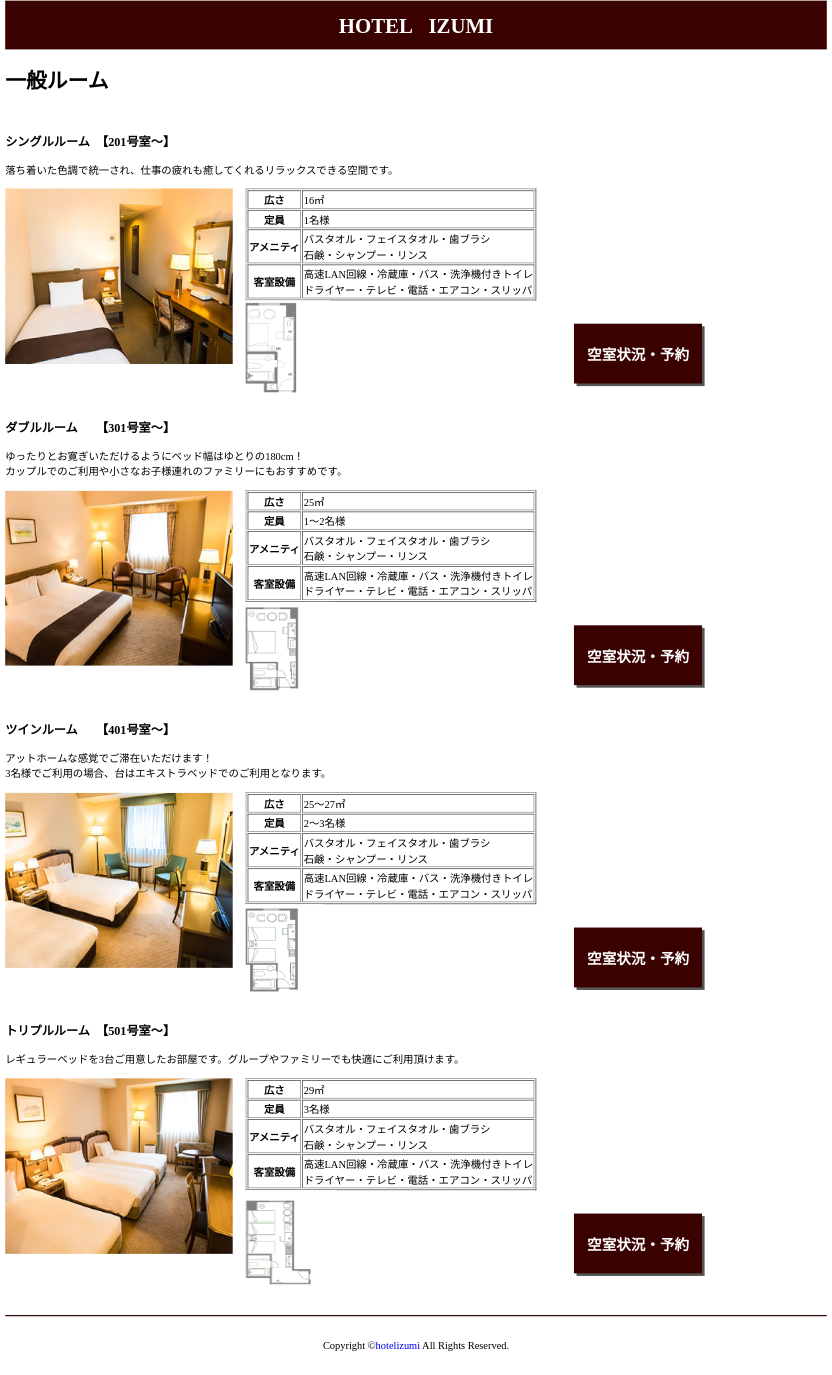
Repository: sep-dev/hotel_site
Page: http://localhost/HOTEL_IZUMI/general
These files come from the project's save history. The page is drawn as it stood at one moment and after the next save; the edit follows.
The browser window is 1280 px wide. The pictures show the whole page, at 65% of full size.
The page is served by Tomcat 9.

Above is the page before, as saved 2016-05-25 06:15:32.

After the next save:
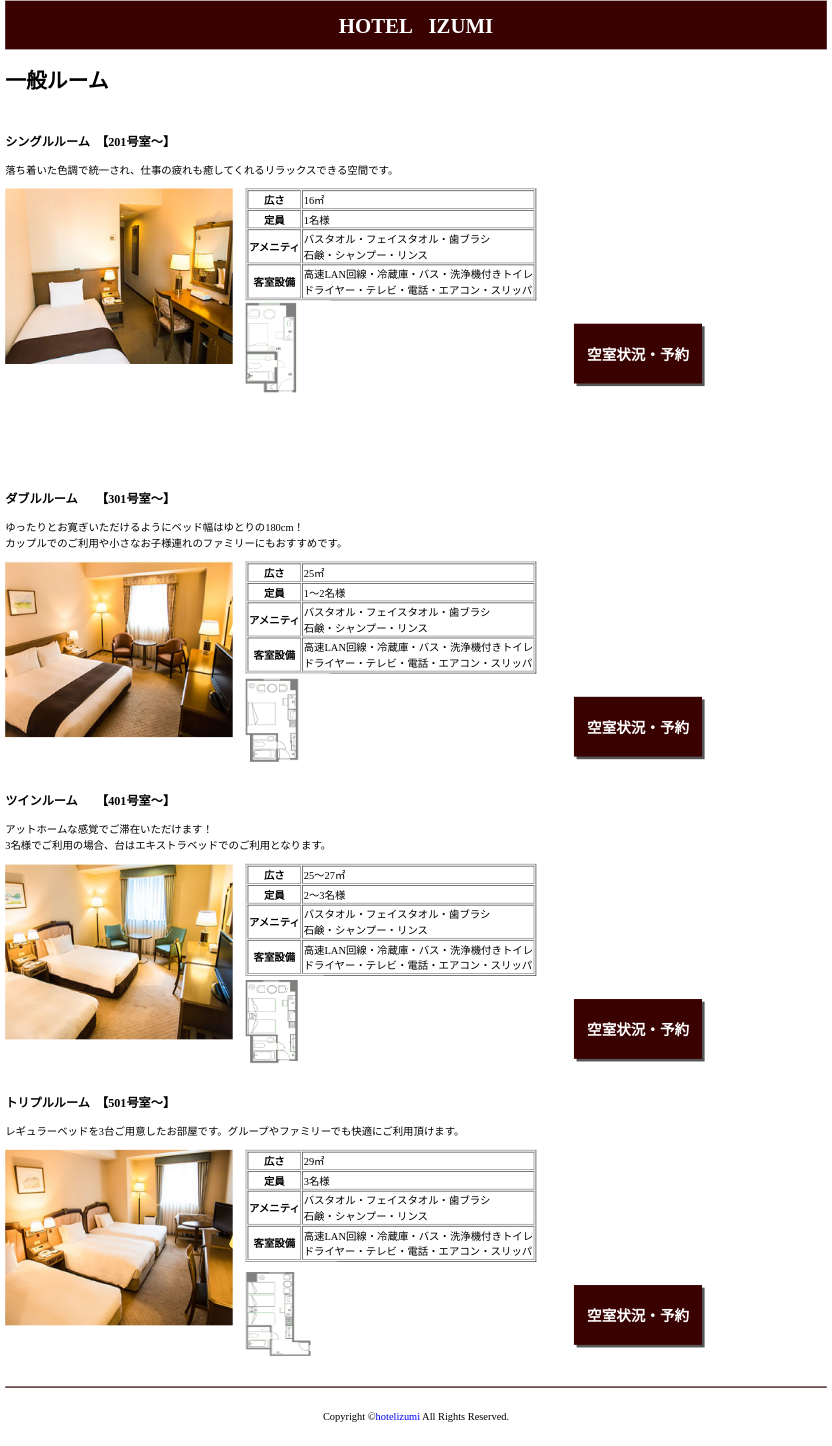
Saved 22 s later.
--- a/HOTEL_IZUMI/src/main/webapp/WEB-INF/views/general.jsp
+++ b/HOTEL_IZUMI/src/main/webapp/WEB-INF/views/general.jsp
@@ -52,6 +52,7 @@
       <img src="./resources/picture/ph01_shw1.png" alt="間取り図" width="130" height="146" align="left" ><br><br>
 
       <button class="button2" type="submit" style="position: absolute; right: 200px;">空室状況・予約</button>
+      <br clear="all">
       <br><br><br><br><br><br><br>
 
       <h3>ダブルルーム　　【301号室～】</h3>
